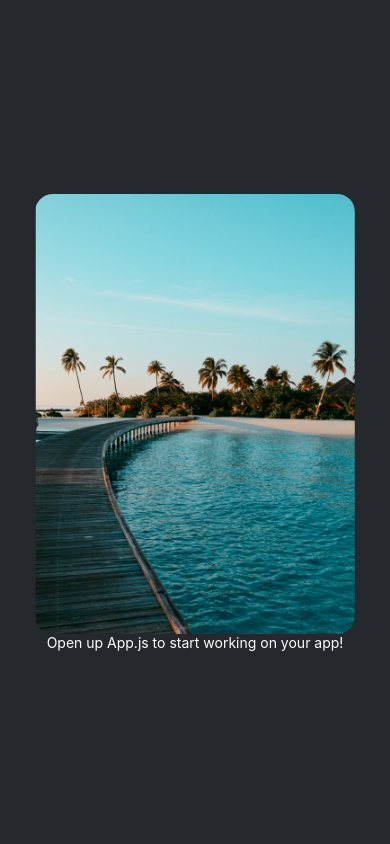
Repository: grlgmrs/StickerSmash
Screen: /
These files come from the project's save history. The screen is drawn as it stood at one moment and after the next save; the edit follows.
The app was drawn by React Native's web renderer in a window 390 px wide. The project was rebuilt for these pictures with package versions that can differ from the ones it lists, and the page was loaded fresh each time.

Above is the screen before, as saved 2023-01-27 15:30:54.

After the next save:
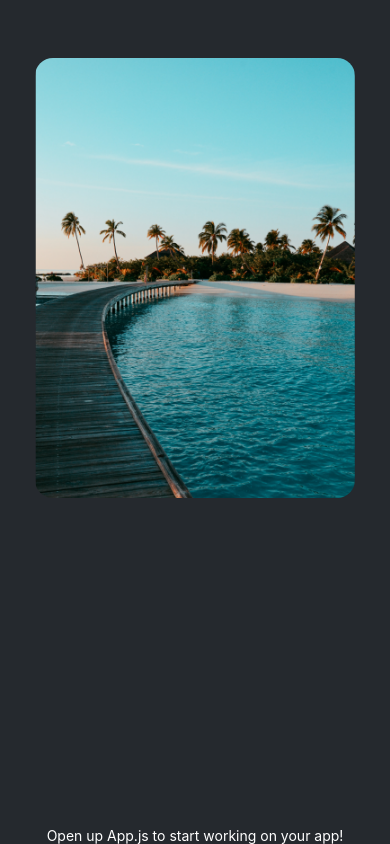
Saved 21 s later.
--- a/App.js
+++ b/App.js
@@ -6,8 +6,9 @@ const placeholderImage = require("./assets/images/background-image.png");
 export default function App() {
   return (
     <View style={styles.container}>
-      <Image source={placeholderImage} style={styles.image} />
-
+      <View style={styles.imageContainer}>
+        <Image source={placeholderImage} style={styles.image} />
+      </View>
       <Text style={{ color: "#fff" }}>
         Open up App.js to start working on your app!
       </Text>
